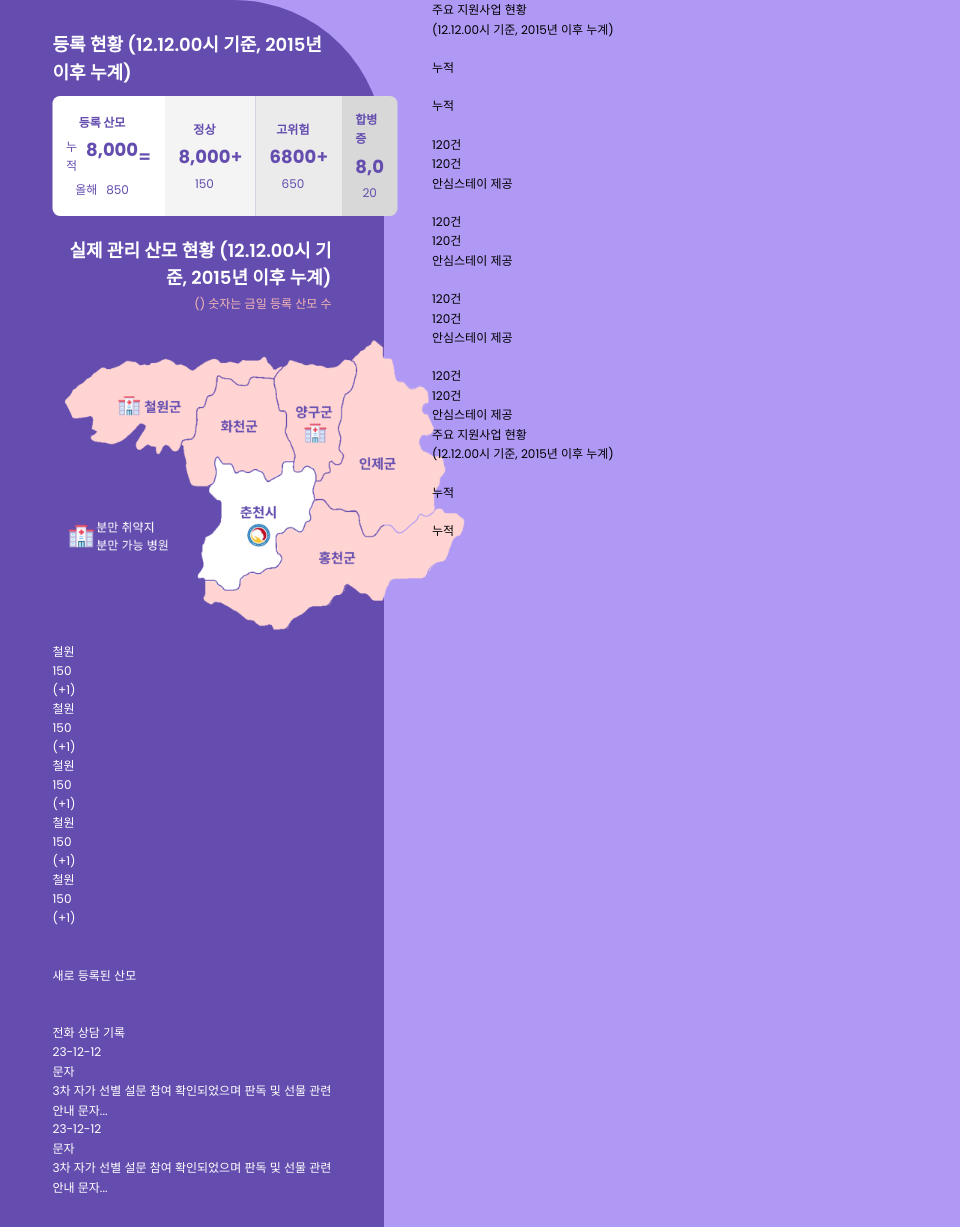
Repository: giapchicuong/Perganancy_Web
Page: index.html
The author's editor kept a copy of each file at every save. The page is drawn from the files as they stood at one save, then again after the next save.
The browser window is 1280 px wide. The pictures show the whole page, at 75% of full size.

Above is the page before, as saved 2024-03-06 17:14:11.

### index.html
<!DOCTYPE html>
<html lang="en">

<head>
    <meta charset="UTF-8">
    <meta name="viewport" content="width=device-width, initial-scale=1.0">
    <title>Perganancy Web</title>
    <link rel="stylesheet" href="./assets/base.css">
    <link rel="stylesheet" href="./assets/style.css">
</head>

<body>
    <!-- .block -->
    <!-- .block__element -->
    <!-- .block__element--modifier -->
    <!-- card
    card__image
    card__description
    card__button--submit
    card__button--cancel -->
    <div class="app">
        <div class="main">
            <section class="advertising">
                <!-- ------------------------------------------------ -->
                <div class="advertising-left">
                    <!-- top -->
                    <div class="advertising-left--top">
                        <div class="advertising-left__title">등록 현황 (12.12.00시 기준, 2015년 이후 누계)</div>
                        <div class="advertising-left__item-list">
                            <div class="advertising-left__item advertising-left__item1">
                                <div class="advertising-left__item--signal">
                                    <div class="advertising-left__item--white">
                                        <div class="advertising-left__item-title">등록 산모</div>
                                        <div class="advertising-left__item-desc">
                                            <div class="advertising-left__item-desc-text">누적</div>
                                            <div class="advertising-left__item-desc-number">8,000</div>
                                        </div>
                                    </div>
                                    <div class="advertising-left__item-bottom">
                                        <div class="advertising-left__item-bottom-text">올해</div>
                                        <div class="advertising-left__item-bottom-number">850</div>
                                    </div>
                                </div>
                                <div class="calculation">=</div>
                            </div>
                            <div class="advertising-left__item advertising-left__item2">
                                <div class="advertising-left__item--signal">
                                    <div class="advertising-left__item--white">
                                        <div class="advertising-left__item-title">정상</div>
                                        <div class="advertising-left__item-desc">
                                            <div class="advertising-left__item-desc-number">8,000</div>
                                        </div>
                                    </div>
                                    <div class="advertising-left__item-bottom">
                                        <div class="advertising-left__item-bottom-number">150</div>
                                    </div>
                                </div>
                                <div class="calculation">+</div>
                            </div>
                            <div class="advertising-left__item advertising-left__item3">
                                <div class="advertising-left__item--signal">
                                    <div class="advertising-left__item--white">
                                        <div class="advertising-left__item-title">고위험</div>
                                        <div class="advertising-left__item-desc">
                                            <div class="advertising-left__item-desc-number">6800</div>
                                        </div>
                                    </div>
                                    <div class="advertising-left__item-bottom">
                                        <div class="advertising-left__item-bottom-number">650</div>
                                    </div>
                                </div>
                                <div class="calculation">+</div>
                            </div>
                            <div class="advertising-left__item advertising-left__item4">
                                <div class="advertising-left__item--signal">
                                    <div class="advertising-left__item--white">
                                        <div class="advertising-left__item-title">합병증</div>
                                        <div class="advertising-left__item-desc">
                                            <div class="advertising-left__item-desc-number">8,0</div>
                                        </div>
                                    </div>
                                    <div class="advertising-left__item-bottom">
                                        <div class="advertising-left__item-bottom-number">20</div>
                                    </div>
                                </div>
                            </div>
                        </div>
                    </div>
                    <!-- text -->
                    <div class="advertising-left__title--text">
                        <div class="advertising-left__title">실제 관리 산모 현황 (12.12.00시 기준, 2015년 이후 누계)</div>
                        <div class="advertising-left__desc">() 숫자는 금일 등록 산모 수</div>
                    </div>
                    <!-- center image -->
                    <div class="advertising-left__map">
                        <img src="./assets/image/left/Gangwon-do Map 1.png" alt="Map"
                            class="advertising-left__map-image">
                        <div class="advertising-left__map-item-list-top">
                            <div class="advertising-left__map-item">
                                <div class="advertising-left__map-item-title">철원</div>
                                <div class="advertising-left__map-item-number">150</div>
                                <div class="advertising-left__map-item-desc">(+1)</div>
                            </div>
                            <div class="advertising-left__map-item">
                                <div class="advertising-left__map-item-title">철원</div>
                                <div class="advertising-left__map-item-number">150</div>
                                <div class="advertising-left__map-item-desc">(+1)</div>
                            </div>
                        </div>
                        <div class="advertising-left__map-item-list-center">
                            <div class="advertising-left__map-item">
                                <div class="advertising-left__map-item-title">철원</div>
                                <div class="advertising-left__map-item-number">150</div>
                                <div class="advertising-left__map-item-desc">(+1)</div>
                            </div>
                            <div class="advertising-left__map-item">
                                <div class="advertising-left__map-item-title">철원</div>
                                <div class="advertising-left__map-item-number">150</div>
                                <div class="advertising-left__map-item-desc">(+1)</div>
                            </div>
                        </div>
                        <div class="advertising-left__map-item-list-botom">
                            <div class="advertising-left__map-item">
                                <div class="advertising-left__map-item-title">철원</div>
                                <div class="advertising-left__map-item-number">150</div>
                                <div class="advertising-left__map-item-desc">(+1)</div>
                            </div>
                        </div>
                    </div>
                    <!--새로 등록된 산모  -->
                    <div class="advertising-left__box">
                        <div class="advertising-left__box-title">
                            <img src="" alt="" class="advertising-left__box-title-icon">
                            <div class="advertising-left__box-title-text">새로 등록된 산모</div>
                        </div>
                        <div class="advertising-left__box-message-list">
                            <div class="advertising-left__box-message-item">
                                <div class="advertising-left__box-message-item-date"></div>
                                <div class="advertising-left__box-message-item-text"></div>
                            </div>
                        </div>
                    </div>
                    <!-- 전화 상담 기록 -->
                    <div class="advertising-left__box">
                        <div class="advertising-left__box-title">
                            <img src="" alt="" class="advertising-left__box-title-icon">
                            <div class="advertising-left__box-title-text">전화 상담 기록</div>
                        </div>
                        <div class="advertising-left__box-message-list">
                            <div class="advertising-left__box-message-item">
                                <div class="advertising-left__box-message-item-date">23-12-12</div>
                                <div class="advertising-left__box-message-item-name">문자</div>
                                <div class="advertising-left__box-message-item-text">3차 자가 선별 설문 참여 확인되었으며 판독 및 선물 관련 안내
                                    문자...</div>
                            </div>
                            <div class="advertising-left__box-message-item">
                                <div class="advertising-left__box-message-item-date">23-12-12</div>
                                <div class="advertising-left__box-message-item-name">문자</div>
                                <div class="advertising-left__box-message-item-text">3차 자가 선별 설문 참여 확인되었으며 판독 및 선물 관련 안내
                                    문자...</div>
                            </div>
                        </div>
                    </div>
                </div>
                <!-- ------------------------------------------------ -->
                <div class="advertising-right">
                    <div class="advertising-right-item">
                        <div class="advertising-right-item-top">
                            <div class="advertising-right-item-top-left">
                                <div class="advertising-right-item-top__title">주요 지원사업 현황</div>
                                <div class="advertising-right-item-top__desc">(12.12.00시 기준, 2015년 이후 누계)</div>
                            </div>
                            <div class="advertising-right-item-top-right">
                                <div class="advertising-right-item-top-item">
                                    <img src="" alt="" class="advertising-right-item-top-item__icon">
                                    <div class="advertising-right-item-top-item__text">누적</div>
                                </div>
                                <div class="advertising-right-item-top-item">
                                    <img src="" alt="" class="advertising-right-item-top-item__icon">
                                    <div class="advertising-right-item-top-item__text">누적</div>
                                </div>
                            </div>
                        </div>
                        <div class="advertising-right-item-card-list">
                            <div class="advertising-right-item-card">
                                <div class="advertising-right-item-card-provide">
                                    <img src="" alt="" class="advertising-right-item-card__image">
                                    <div class="advertising-right-item-card__image-number">
                                        <div class="advertising-right-item-card__image-number-large">120건</div>
                                        <div class="advertising-right-item-card__image-number-small">120건</div>
                                    </div>
                                </div>
                                <div class="advertising-right-item-card-content">안심스테이 제공</div>
                            </div>
                            <div class="advertising-right-item-card">
                                <div class="advertising-right-item-card-provide">
                                    <img src="" alt="" class="advertising-right-item-card__image">
                                    <div class="advertising-right-item-card__image-number">
                                        <div class="advertising-right-item-card__image-number-large">120건</div>
                                        <div class="advertising-right-item-card__image-number-small">120건</div>
                                    </div>
                                </div>
                                <div class="advertising-right-item-card-content">안심스테이 제공</div>
                            </div>
                            <div class="advertising-right-item-card">
                                <div class="advertising-right-item-card-provide">
                                    <img src="" alt="" class="advertising-right-item-card__image">
                                    <div class="advertising-right-item-card__image-number">
                                        <div class="advertising-right-item-card__image-number-large">120건</div>
                                        <div class="advertising-right-item-card__image-number-small">120건</div>
                                    </div>
                                </div>
                                <div class="advertising-right-item-card-content">안심스테이 제공</div>
                            </div>
                            <div class="advertising-right-item-card">
                                <div class="advertising-right-item-card-provide">
                                    <img src="" alt="" class="advertising-right-item-card__image">
                                    <div class="advertising-right-item-card__image-number">
                                        <div class="advertising-right-item-card__image-number-large">120건</div>
                                        <div class="advertising-right-item-card__image-number-small">120건</div>
                                    </div>
                                </div>
                                <div class="advertising-right-item-card-content">안심스테이 제공</div>
                            </div>
                        </div>
                    </div>
                    <div class="advertising-right-item">
                        <div class="advertising-right-item-top">
                            <div class="advertising-right-item-top-left">
                                <div class="advertising-right-item-top__title">주요 지원사업 현황</div>
                                <div class="advertising-right-item-top__desc">(12.12.00시 기준, 2015년 이후 누계)</div>
                            </div>
                            <div class="advertising-right-item-top-right">
                                <div class="advertising-right-item-top-item">
                                    <img src="" alt="" class="advertising-right-item-top-item__icon">
                                    <div class="advertising-right-item-top-item__text">누적</div>
                                </div>
                                <div class="advertising-right-item-top-item">
                                    <img src="" alt="" class="advertising-right-item-top-item__icon">
                                    <div class="advertising-right-item-top-item__text">누적</div>
                                </div>
                            </div>
                        </div>
                        <div class="advertising-right-item__btn-list">
                            <div class="advertising-right-item__btn-item">
                                <div class="advertising-right-item__btn">
                                    <img src="" alt="" class="advertising-right-item__btn-icon" />
                                    <div class="advertising-right-item__btn-text"></div>
                                    <div class="advertising-right-item__btn-notification"></div>
                                </div>
                                <div class="advertising-right-item__btn-content"></div>
                            </div>
                            <div class="advertising-right-item__btn-item">
                                <div class="advertising-right-item__btn">
                                    <img src="" alt="" class="advertising-right-item__btn-icon" />
                                    <div class="advertising-right-item__btn-text"></div>
                                    <div class="advertising-right-item__btn-notification"></div>
                                </div>
                                <div class="advertising-right-item__btn-content"></div>
                            </div>
                            <div class="advertising-right-item__btn-item">
                                <div class="advertising-right-item__btn">
                                    <img src="" alt="" class="advertising-right-item__btn-icon" />
                                    <div class="advertising-right-item__btn-text"></div>
                                    <div class="advertising-right-item__btn-notification"></div>
                                </div>
                                <div class="advertising-right-item__btn-content"></div>
                            </div>
                            <div class="advertising-right-item__btn-item">
                                <div class="advertising-right-item__btn">
                                    <img src="" alt="" class="advertising-right-item__btn-icon" />
                                    <div class="advertising-right-item__btn-text"></div>
                                    <div class="advertising-right-item__btn-notification"></div>
                                </div>
                                <div class="advertising-right-item__btn-content"></div>
                            </div>
                        </div>
                    </div>
                    <div class="advertising-right-item">
                        <div class="advertising-right-item-left">
                            <div class="advertising-right-item-left-text">
                                <div class="advertising-right-item-left__title"></div>
                                <div class="advertising-right-item-desc"></div>
                            </div>
                            <div class="advertising-right-item-number"></div>
                        </div>
                        <div class="advertising-right-item-right">

                        </div>
                    </div>
                    <div class="advertising-right-item">
                        <div class="advertising-right-item-message-list">
                            <div class="advertising-right-item-message-item">
                                <div class="advertising-right-item-message-text">
                                    <div class="advertising-right-item-message__title"></div>
                                    <div class="advertising-right-item-message__desc"></div>
                                </div>
                                <div class="advertising-right-item-message-number">
                                    <div class="advertising-right-item-message-number-icon"></div>
                                    <div class="advertising-right-item-message-number-text"></div>
                                    <div class="advertising-right-item-message-number-case"></div>
                                </div>
                            </div>
                            <div class="advertising-right-item-message-item">
                                <div class="advertising-right-item-message-text">
                                    <div class="advertising-right-item-message__title"></div>
                                    <div class="advertising-right-item-message__desc"></div>
                                </div>
                                <div class="advertising-right-item-message-number">
                                    <div class="advertising-right-item-message-number-icon"></div>
                                    <div class="advertising-right-item-message-number-text"></div>
                                    <div class="advertising-right-item-message-number-case"></div>
                                </div>
                            </div>
                        </div>
                    </div>
                </div>
            </section>
        </div>
    </div>
</body>

</html>

### assets/style.css
.advertising {
    display: flex;
    gap: 0% 5%;

}
.main {
    background-color: var(--secondary);
    height: 100%;
    background-size: cover;
}
.advertising-left {
    width: 40%;
    background-color: var(--primary);
    border-top-right-radius: 200px 200px;
    color: var(--white);
    padding: 40px 70px;
    display: flex;
    flex-direction: column;
    gap: 26px;
}
.advertising-left--top{
    display: flex;
    flex-direction: column;
    gap: 14px;
}
.advertising-left__title, .calculation{
    font-size: 24px;
    font-weight: 600;
}
.advertising-left__item-list{
    display: flex;
    width: 100%;
}
.advertising-left__item {
    display: flex;
    justify-content: center;
    align-items: center;
    color: var(--primary);
    padding: 18px;
}
.advertising-left__item1{
    flex-grow: 2;
    background-color: var(--white);
    border-top-left-radius: 10px;
    border-bottom-left-radius: 10px;
}
.advertising-left__item2, .advertising-left__item3, .advertising-left__item4 {
    flex-grow: 1;
}
.advertising-left__item2 {
    background-color: var(--gray3);
}
.advertising-left__item3 {
    background-color: var(--gray2);
}
.advertising-left__item4 {
    background-color: var(--gray);
    border-top-right-radius: 10px;
    border-bottom-right-radius: 10px;
}
.advertising-left__item--signal{
    display: flex;
    gap: 6px;
    flex-direction: column;
    justify-content: center;
    align-items: center;
}
.advertising-left__item--white{
    display: flex;
    gap: 6px 0px;
    flex-direction: column;
    justify-content: center;
    align-items: center;
}
.advertising-left__item-title{
    font-weight: bold;
    font-size: 16px;
}
.advertising-left__item-desc{
    display: flex;
    gap: 12px;
}
.advertising-left__item-desc-number{
    font-size: 24px;
    font-weight: bold;
}
.advertising-left__item-bottom{
    display: flex;
    align-items: center;
    gap: 12px;
}
.calculation{
}


/* text */
.advertising-left__title--text{
    text-align: right;
}
.advertising-left__desc{
    color: var(--textPink);
    padding-top: 3px;
}

/* center image */
.advertising-left__map{
    justify-content: center;
    align-items: center;
}
.advertising-left__map-image{
    width: 571px;
    height: 406px;
    flex-shrink: 0;
}
.advertising-left__map-item-list-top, .advertising-left__map-item-list-center, .advertising-left__map-item-list-botom{

}
.advertising-left__map-item {

}

Loaded but not shown: assets/base.css (28 lines, source omitted)

After the next save:
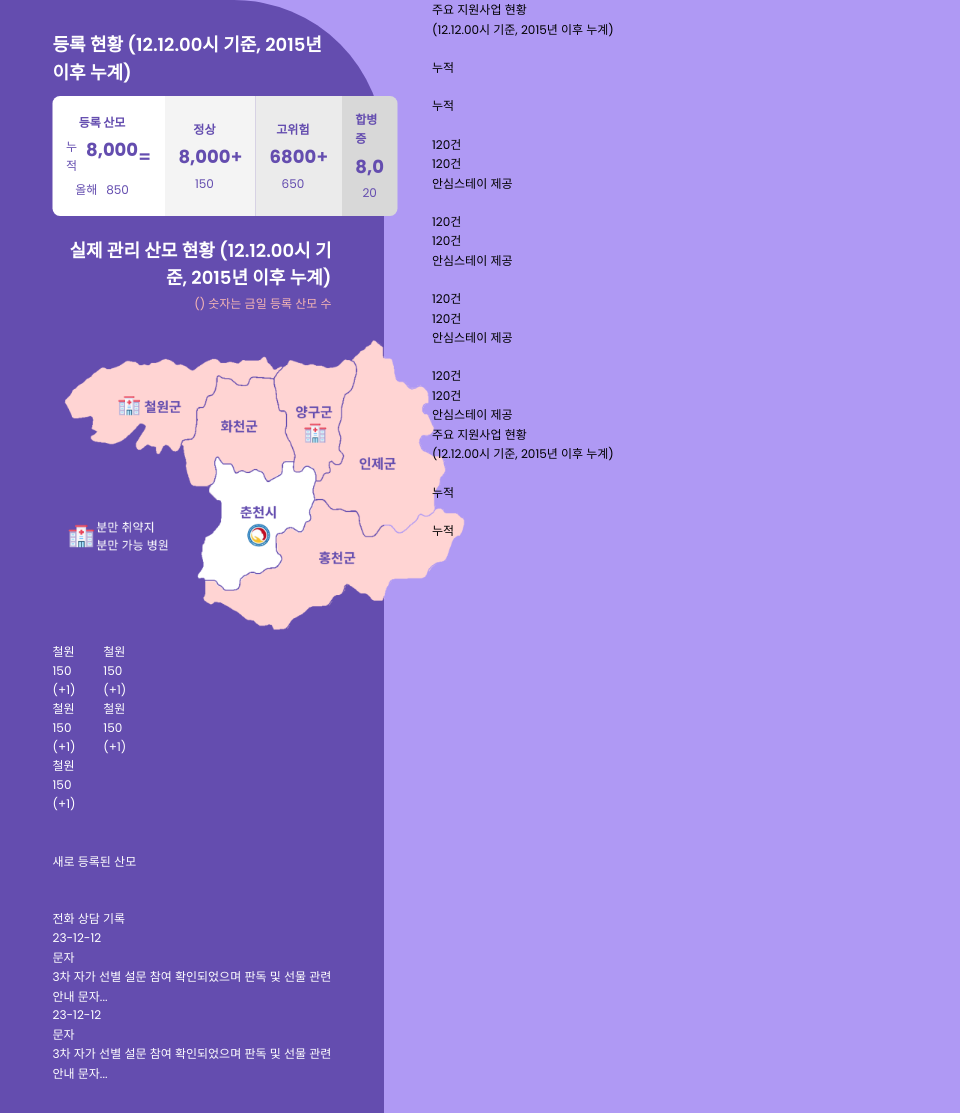
Saved 56 s later.
--- a/assets/style.css
+++ b/assets/style.css
@@ -113,6 +113,8 @@
     flex-shrink: 0;
 }
 .advertising-left__map-item-list-top, .advertising-left__map-item-list-center, .advertising-left__map-item-list-botom{
+    display: flex;
+    gap: 10%;
 
 }
 .advertising-left__map-item {
